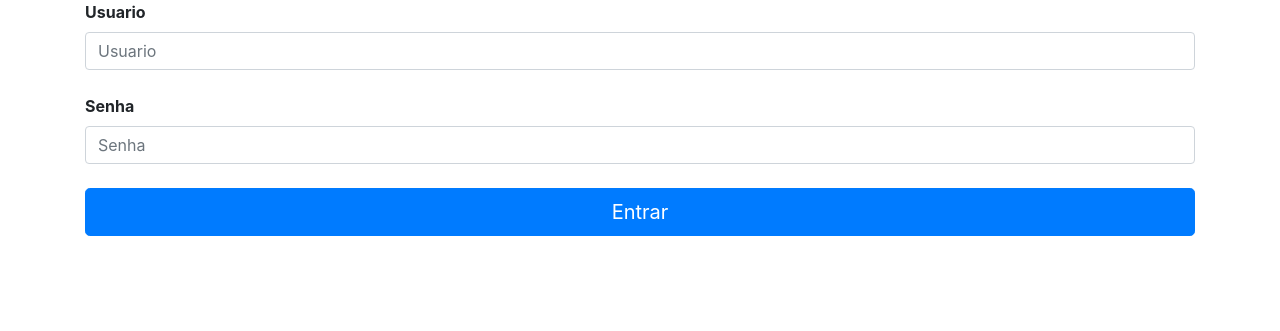
Repository: belchiorneto/innovationAPI
Page: http://localhost/TelaLogin/Login.jsp
An editor plug-in stored every save of this project. The page is shown before and after the next save, followed by the edit.
The browser window is 1280 px wide. The pictures show the whole page.
The page is served by Tomcat 9. Other server files are loaded and not shown.

Above is the page before, as saved 2019-05-07 19:31:47.

### TelaLogin/WebContent/Login.jsp
<%@ page language="java" contentType="text/html; charset=ISO-8859-1"
    pageEncoding="ISO-8859-1"%>
<!DOCTYPE html>
<html>
<head>
<meta charset="ISO-8859-1">
<title>XSeed - Estágio</title>
<link rel="stylesheet" href="https://stackpath.bootstrapcdn.com/bootstrap/4.3.1/css/bootstrap.min.css" integrity="sha384-ggOyR0iXCbMQv3Xipma34MD+dH/1fQ784/j6cY/iJTQUOhcWr7x9JvoRxT2MZw1T" crossorigin="anonymous">

</head>
<body>
	<form action="LoginConfere.jsp" method="Post">
	<div class="container">

		<label for="login"><b>Usuario</b></label>
			<input type="text" class="form-control" placeholder="Usuario" name="login" required>
			<br>
		<label for="password"><b>Senha</b></label>
			<input type="password" class="form-control" placeholder="Senha" name="password" required>
			<br>
		<button type="submit" class="btn btn-lg btn-primary btn-block">Entrar</button>

	</div>
</form>
</body>
</html>

After the next save:
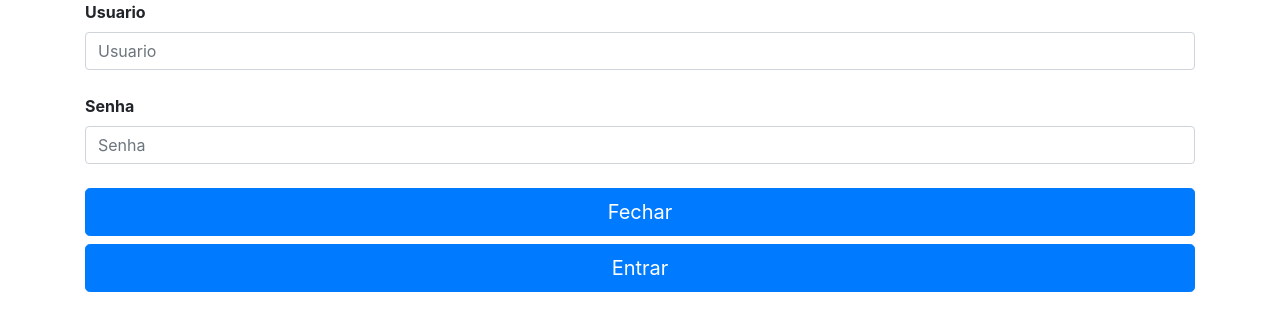
Saved 4 min 47 s later.
--- a/TelaLogin/WebContent/Login.jsp
+++ b/TelaLogin/WebContent/Login.jsp
@@ -18,6 +18,7 @@
 		<label for="password"><b>Senha</b></label>
 			<input type="password" class="form-control" placeholder="Senha" name="password" required>
 			<br>
+		<button type="reset" class="btn btn-lg btn-primary btn-block">Fechar</button>
 		<button type="submit" class="btn btn-lg btn-primary btn-block">Entrar</button>
 
 	</div>
